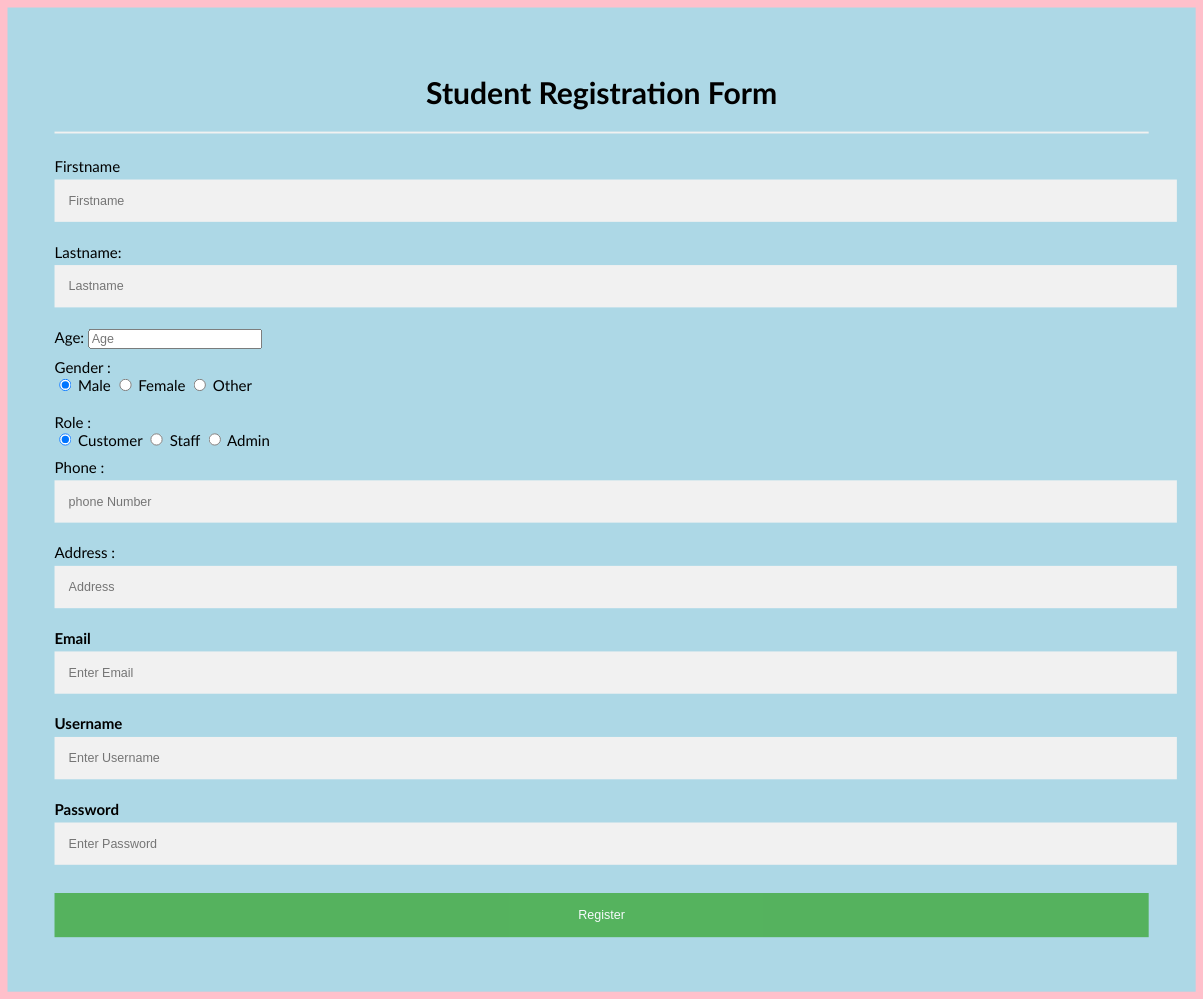
Repository: shivambhat45/Tour-Booking
Page: http://localhost/create-package
An editor plug-in stored every save of this project. The page is shown before and after the next save, followed by the edit.
The browser window is 1280 px wide. The pictures show the whole page, at 94% of full size.
The page is this project's Thymeleaf template; nobody is signed in. The template is opened directly, without the code that normally fills it, so the values that code supplies are empty.

Above is the page before, as saved 2022-10-29 16:28:18.

### frontend-ui/src/main/resources/templates/create-package.html
<!DOCTYPE html>
<html>
<head>
<meta name="viewport" content="width=device-width, initial-scale=1">
<style>
body{
  font-family: Calibri, Helvetica, sans-serif;
  background-color: pink;
}
.container {
    padding: 50px;
  background-color: lightblue;
}

input[type=text], input[type=password], textarea {
  width: 100%;
  padding: 15px;
  margin: 5px 0 22px 0;
  display: inline-block;
  border: none;
  background: #f1f1f1;
}
input[type=text]:focus, input[type=password]:focus {
  background-color: orange;
  outline: none;
}
 div {
            padding: 10px 0;
         }
hr {
  border: 1px solid #f1f1f1;
  margin-bottom: 25px;
}
.registerbtn {
  background-color: #4CAF50;
  color: white;
  padding: 16px 20px;
  margin: 8px 0;
  border: none;
  cursor: pointer;
  width: 100%;
  opacity: 0.9;
}
.registerbtn:hover {
  opacity: 1;
}
</style>
</head>
<body>
<form action="register" method="POST">
  <div class="container">
  <center>  <h1> Student Registration Form</h1> </center>
  <hr>
  <label>Firstname </label>
<input type="text" name="firstName" placeholder= "Firstname" size="15" required />
<label> Lastname: </label>
<input type="text" name="lastName" placeholder="Lastname" size="15"required />
<label> Age: </label>
<input type="number" name="age" placeholder="Age" size="15"required />
<div>
<label>
Gender :
</label><br>
<input type="radio" value="Male" name="gender" checked > Male
<input type="radio" value="Female" name="gender"> Female
<input type="radio" value="Other" name="gender"> Other

</div>
<div>
<label>
Role :
</label><br>
<input type="radio" value="CUSTOMER" name="role" checked > Customer
<input type="radio" value="STAFF" name="role"> Staff
<input type="radio" value="ADMIN" name="role"> Admin

</div>
<label>
Phone :
</label>
<input type="text" name="phoneNo" placeholder="phone Number" size="10"/ required>
Address :
<input type="text" name="address" placeholder="Address" size="20"/ required>
</textarea>
 <label for="email"><b>Email</b></label>
 <input type="text" placeholder="Enter Email" name="email" required>
 <label for="username"><b>Username</b></label>
 <input type="text" placeholder="Enter Username" name="username" required>

    <label for="psw"><b>Password</b></label>
    <input type="password" placeholder="Enter Password" name="password" required>
    <button type="submit" class="registerbtn">Register</button>
</form>
</body>
</html>

After the next save:
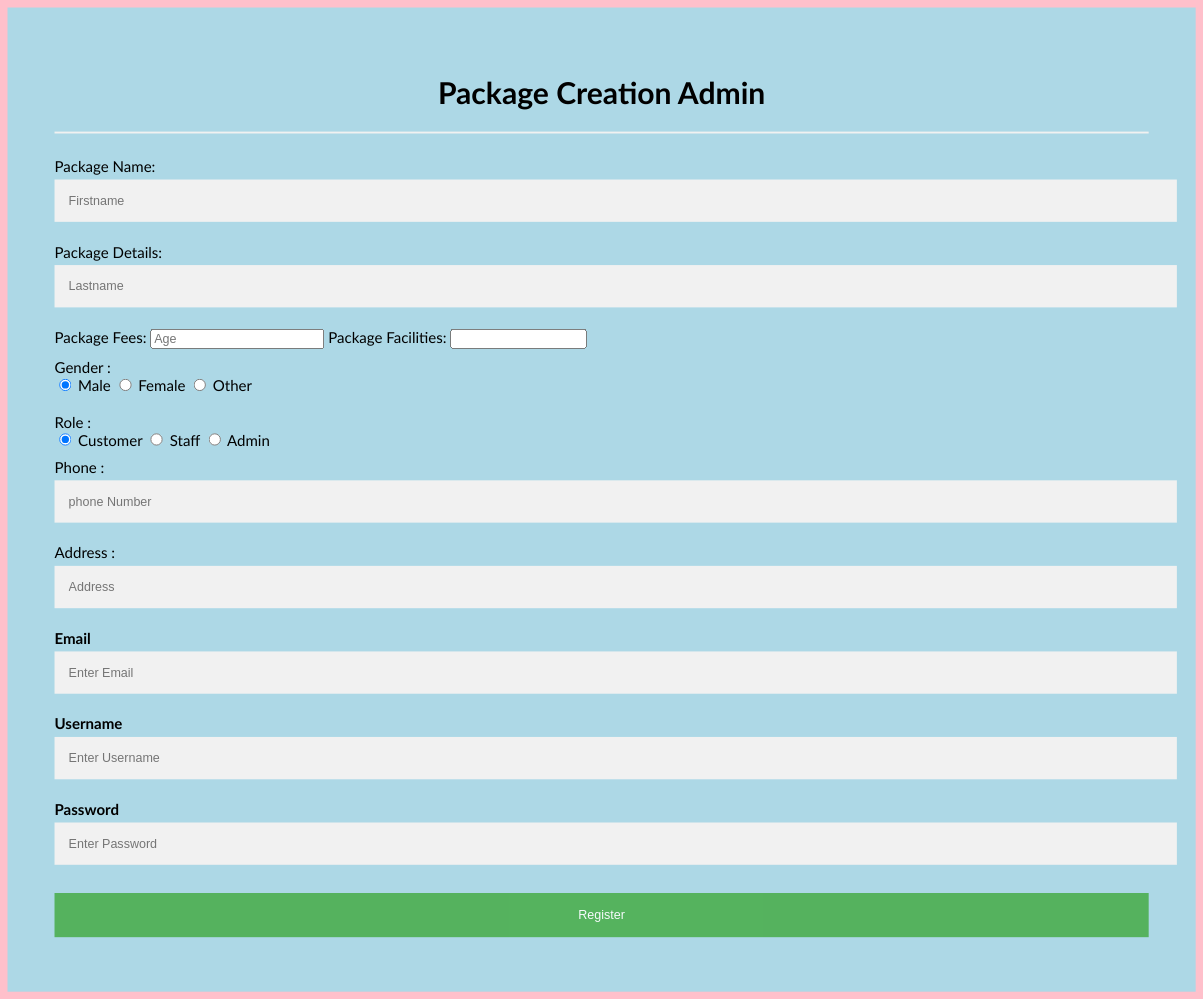
Saved 5 min 22 s later.
--- a/frontend-ui/src/main/resources/templates/create-package.html
+++ b/frontend-ui/src/main/resources/templates/create-package.html
@@ -49,14 +49,16 @@ hr {
 <body>
 <form action="register" method="POST">
   <div class="container">
-  <center>  <h1> Student Registration Form</h1> </center>
+  <center>  <h1> Package Creation Admin</h1> </center>
   <hr>
-  <label>Firstname </label>
-<input type="text" name="firstName" placeholder= "Firstname" size="15" required />
-<label> Lastname: </label>
-<input type="text" name="lastName" placeholder="Lastname" size="15"required />
-<label> Age: </label>
-<input type="number" name="age" placeholder="Age" size="15"required />
+  <label>Package Name: </label>
+<input type="text" name="packageName" placeholder= "Firstname" size="15" required />
+<label> Package Details: </label>
+<input type="text" name="packageDetails" placeholder="Lastname" size="15"required />
+<label> Package Fees: </label>
+<input type="number" name="packageFees" placeholder="Age" size="15"required />
+<label> Package Facilities: </label>
+<input type="textarea" name="packageFacilities" placeholder="" size="15"required />
 <div>
 <label>
 Gender :
